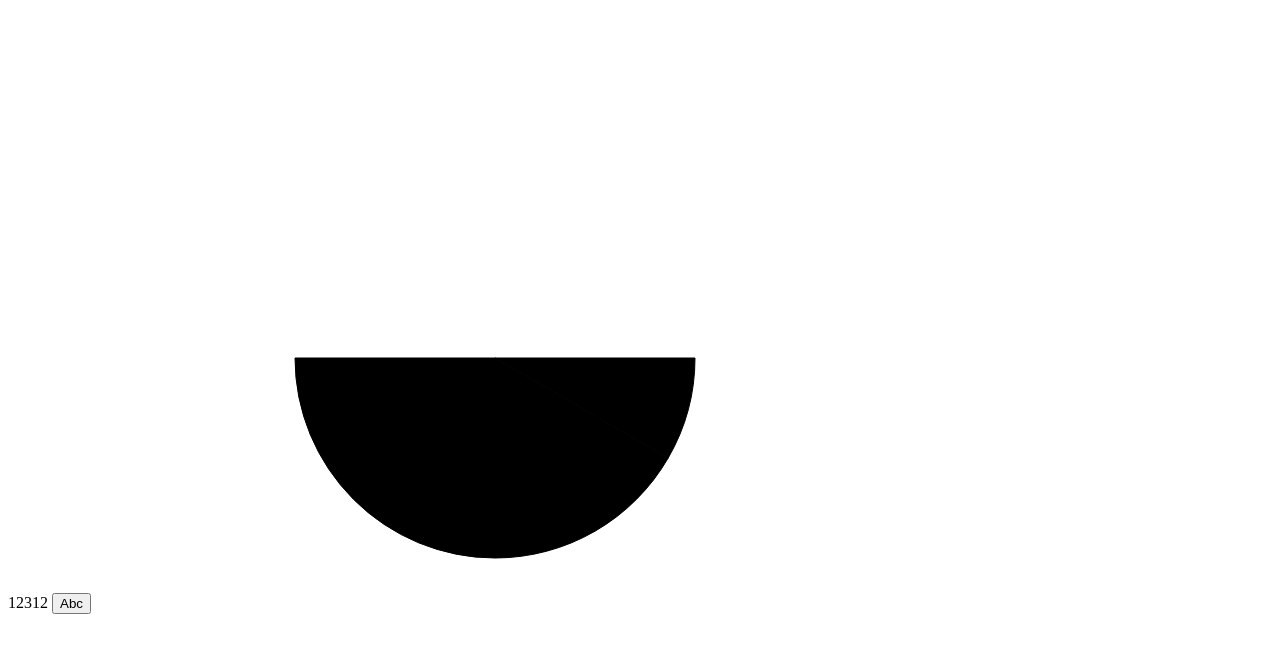
Repository: ycdtc/movie
Page: aaa/WebContent/index.html
These files come from the project's save history. The page is drawn as it stood at one moment and after the next save; the edit follows.
The browser window is 1280 px wide. The pictures show the whole page.
After loading, the first visible `#abc` was clicked once.

Above is the page before, as saved 2017-06-20 07:11:17.

### aaa/WebContent/index.html
                                                                                                                                                                                                                                                                                                                                                                                                                                                                                                                                                                                                                                                                                                                                                                                                                                                                                                                                                                                                                                                                                                                                                                                                                                                                                                                                                                                                                                                                                                                                                                                                                                                                                                                                                                                                                                                                                                                                                                                                                                                                                                                                                                                                                                                                                                                                                                                                                                                                                                                               <!DOCTYPE html><html>
<head>
<meta charset="UTF-8">
<script type="text/javascript" src="javascript/jquery.min.js"></script>
<script type="text/javascript" src="javascript/base.js"></script>
<title>Insert title here</title>
</head>
<body>
12312
<button id="abc">Abc</button>
<canvas id="can1" height="600" width="800"></canvas>
</body>
<script>
	$("#abc").click(function(e){
		//location.href = "hr.html?id=123"
		drawPie("can1",[10,20,30],["abc","123","666"]);
	});


</script>
</html>

### aaa/WebContent/javascript/base.js
/**
 *
 */
function getRequest() {
	var url = location.search;
	var paras = url.substr(1).split("&");
	var res = new Object();
	for(var i=0;i<paras.length;i++){
		res[paras[i].split("=")[0]] = paras[i].split("=")[1];
	}
	return res;
}

function drawPie(chart,value,name){
	var can = document.getElementById(chart);
	var ctx = can.getContext("2d");
	var start = 0;
	var end = 0;
	ctx.translate(400,350);
	var sum = 0;
	for(var i=0;i<value.length;i++){
		sum += value[i];
	}
	for(var i=0;i<value.length;i++){
		start = end;
		end += value[i]/sum * Math.PI;
		ctx.beginPath();
		ctx.moveTo(0,0);
		ctx.arc(0,0,200,start,end);
		ctx.lineTo(0,0);
		ctx.stroke();
		ctx.fill();
	}

	for(var i=0;i<value.length;i++){

	}
}

Loaded but not shown: aaa/WebContent/javascript/jquery.min.js (library)

After the next save:
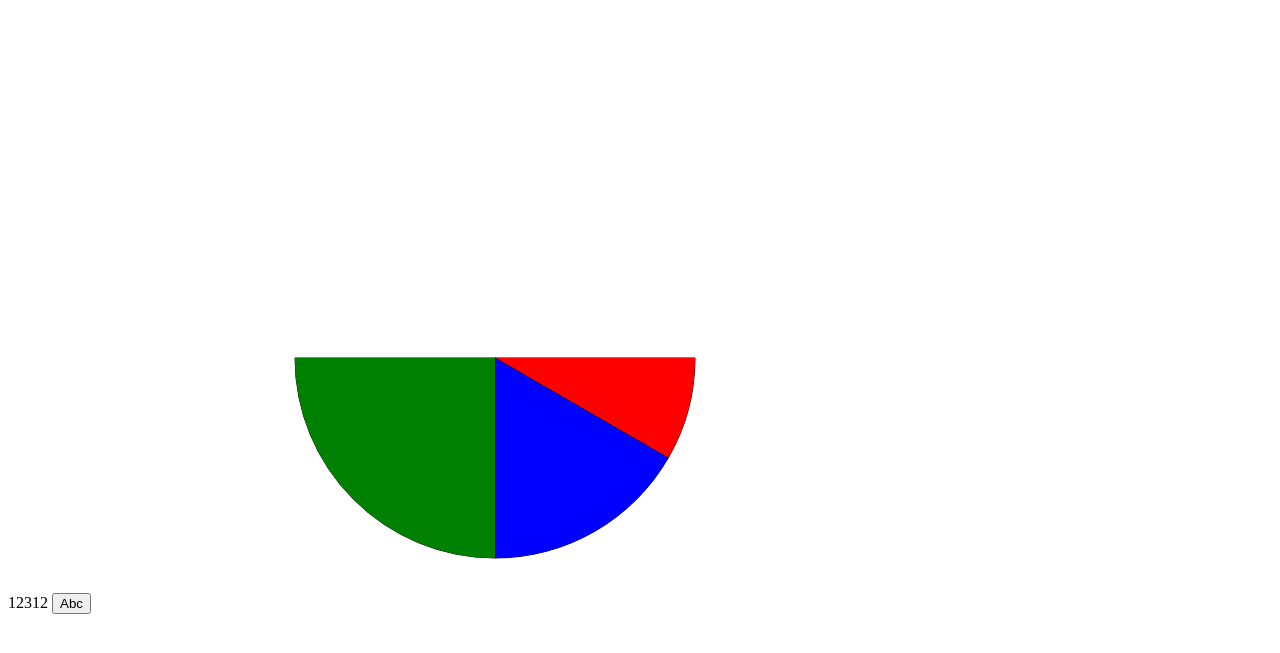
Saved 7 min 14 s later.
--- a/aaa/WebContent/javascript/base.js
+++ b/aaa/WebContent/javascript/base.js
@@ -21,9 +21,11 @@ function drawPie(chart,value,name){
 	for(var i=0;i<value.length;i++){
 		sum += value[i];
 	}
+	var colors = ["red","blue","green","black"];
 	for(var i=0;i<value.length;i++){
 		start = end;
 		end += value[i]/sum * Math.PI;
+		ctx.fillStyle = colors[i];
 		ctx.beginPath();
 		ctx.moveTo(0,0);
 		ctx.arc(0,0,200,start,end);
